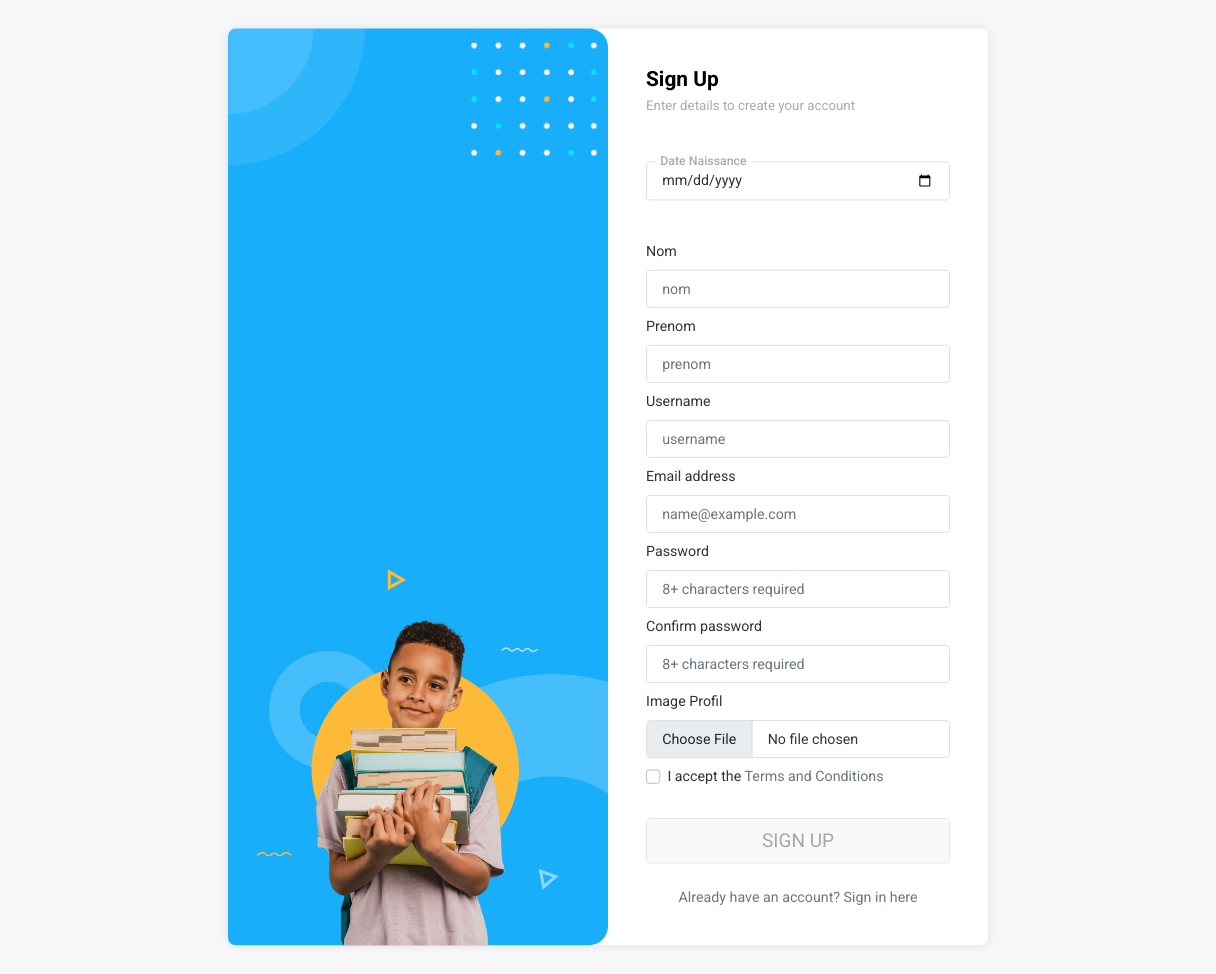
Repository: djadame/Projet
Page: http://localhost/inscription/
These files come from the project's save history. The page is drawn as it stood at one moment and after the next save; the edit follows.
The browser window is 1280 px wide. The pictures show the whole page, at 95% of full size.
The page is served by the project's application, run on Django 4.2 (manage.py).

Above is the page before, as saved 2023-08-23 00:05:43.
Console error: ReferenceError: feather is not defined

After the next save:
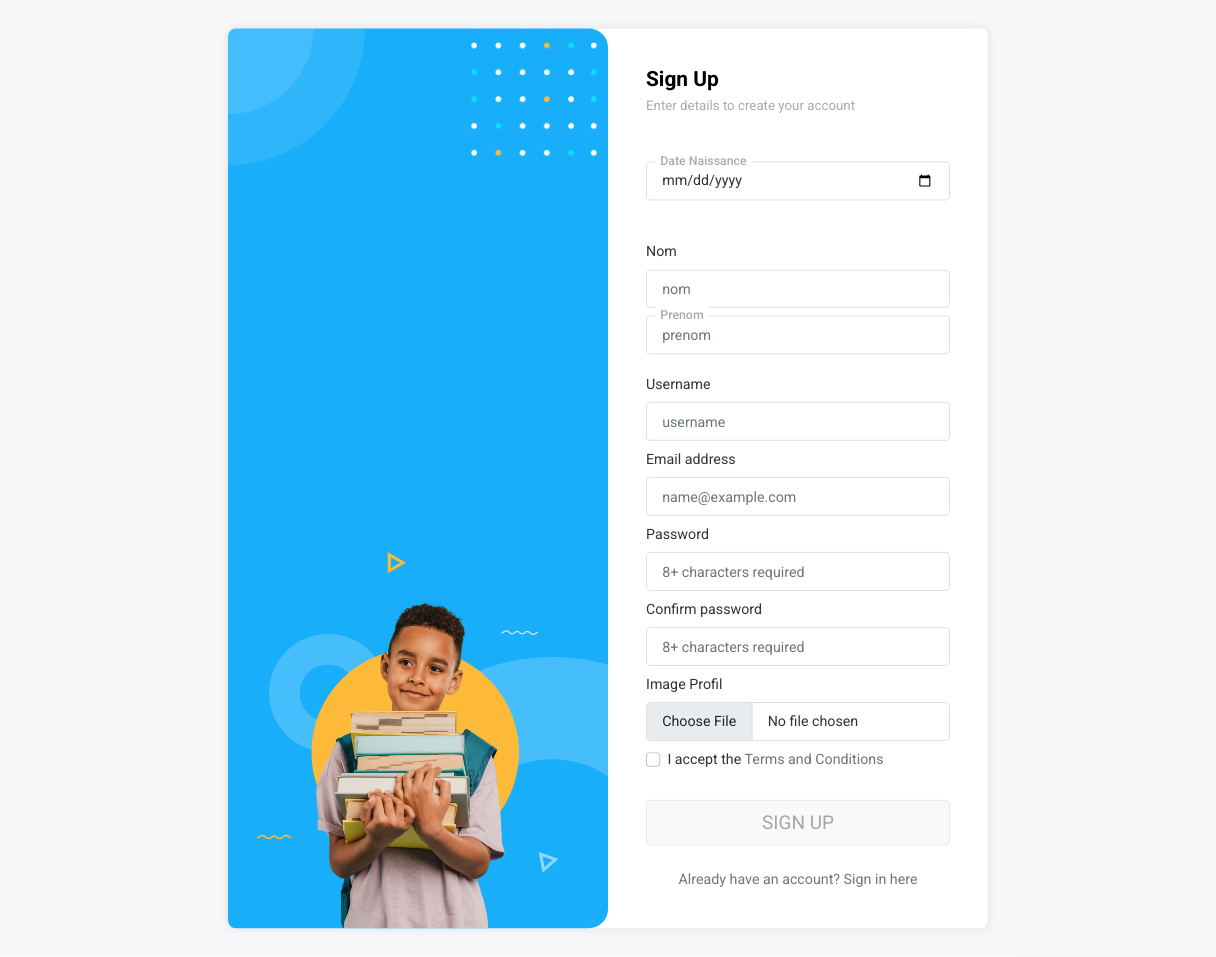
Saved 45 s later.
--- a/templates/Utilisateur/inscription.html
+++ b/templates/Utilisateur/inscription.html
@@ -36,12 +36,12 @@
                     <input type="text" name="nom" class="form-control form-control-lg" placeholder="nom" />
                   </div>
                 </div>
-                <div class="col-12">
-                  <div class="mb-2">
+
+                  <div class="form-group">
                     <label class="form-label">Prenom</label>
                     <input type="text" name="prenom" class="form-control form-control-lg" placeholder="prenom" />
                   </div>
-                </div>
+
                 <div class="col-12">
                   <div class="mb-2">
                     <label class="form-label">Username</label>
